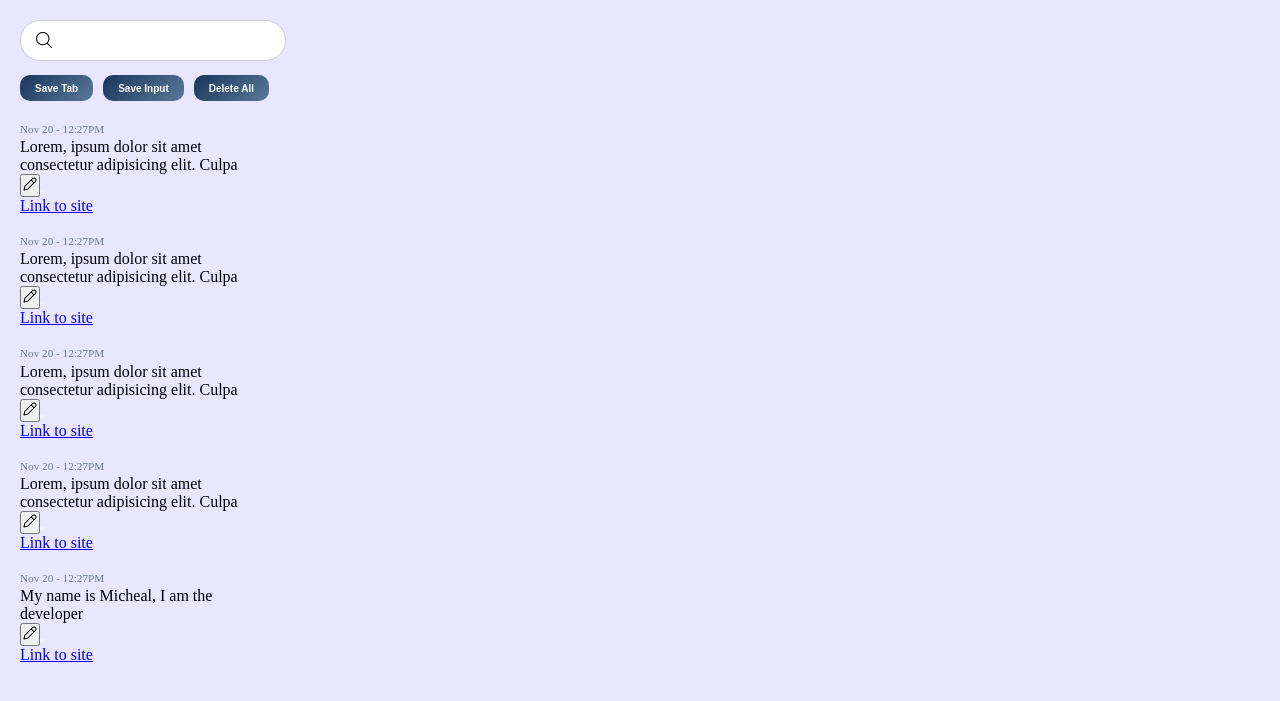
Repository: IdowuMicheal-1/Text-Tab-Organizer
Page: popup.html
These files come from the project's save history. The page is drawn as it stood at one moment and after a run of saves; the edit follows.
The browser window is 1280 px wide. The pictures show the whole page.

Above is the page before, as saved 2025-05-14 20:50:23.

### popup.html
<!DOCTYPE html>
<html lang="en">
  <head>
    <meta charset="UTF-8" />
    <meta name="viewport" content="width=device-width, initial-scale=1.0" />
    <link rel="stylesheet" href="./popup.css" />
    <title>Tabs</title>
  </head>
  <body>
    <div class="top-div">
      <div class="input-div">
        <input type="text" class="text-ipt" />
        <img src="./assets/search.png" class="search-icon" />
      </div>
      <div>
        <div class="btn-div">
          <button class="tabs-btn">Save Tab</button>
          <button class="tabs-btn">Save Input</button>
          <button class="tabs-btn">Delete All</button>
        </div>
      </div>
      <ul id="content-list"></ul>
    </div>
    <script src="./popup.js"></script>
  </body>
</html>

### popup.css
*,
::before,
::after {
  margin: 0;
  padding: 0;
}

body {
  width: 300px;
  height: 100px;
  min-height: 100px;
  background-color: #e9e6ff;
}

*::-webkit-scrollbar {
  display: none;
}

* {
  -ms-overflow-style: none;
  scrollbar-width: none;
}

.top-div {
  width: 100%;
  padding: 20px;
}

.input-div {
  position: relative;
  width: 100%;
}

.search-icon {
  position: absolute;
  top: 12px;
  left: 16px;
  width: 16px;
  height: 16px;
  color: #cecece;
  filter: brightness(20%);
}

.text-ipt {
  width: 220px;
  border-radius: 24px;
  padding: 12px 8px;
  border: 1px solid #cecece;
  padding-left: 36px;
  color: #303030;
}
.save {
  font-size: 14px;
  font-weight: 500;
  color: #13294d;
  margin: 0;
}

.btn-div {
  display: flex;
  align-items: center;
  gap: 10px;
  margin-top: 16px;
}

.tabs-btn {
  background: linear-gradient(
    135deg,
    #13294d,
    #4f6d92
  ); /* Choose the one you prefer */
  color: white;
  padding: 0.75em 1.5em;
  border: none;
  border-radius: 10px;
  font-weight: 600;
  cursor: pointer;
  transition: background 0.3s ease, transform 0.2s ease;
  font-size: 10px;
  text-wrap: nowrap;
}

.tabs-btn {
  background: linear-gradient(
    135deg,
    #1a355c,
    #5a7a99
  ); /* slightly lighter on hover */
  transform: translateY(-2px);
}

.content-card {
  background: white;
  border-radius: 12px;
  padding: 1.5rem;
  box-shadow: 0 4px 12px rgba(0, 0, 0, 0.06);
  max-width: 600px;
  margin: 1rem auto;
  color: #13294d;
  font-family: "Segoe UI", sans-serif;
  line-height: 1.6;
}

.div-content {
  margin-top: 20px;
  list-style: none;
}

.date-read {
  font-size: 0.7rem;
  color: #6b7a90;
  margin-bottom: 0;
  font-weight: 500;
}

.content-text {
  margin-bottom: 0rem;
  text-wrap: wrap;
  width: 250px;
  margin-top: 0.2rem;
}

.content-card > a {
  color: #1a4fff;
  text-decoration: none;
  font-weight: 500;
}

.content-card > a:hover {
  text-decoration: underline;
}

#content-list {
  padding-left: 0px;
}

.edit-btn{
    width:16px;
    height: 16px;
}

### popup.js
const listContent = document.getElementById("content-list");

const ITEMS = [
    {
        "date":"Nov 20 - 12:27PM",
        "content":"Lorem, ipsum dolor sit amet consectetur adipisicing elit. Culpa",
        "link":"#"
    },
    {
        "date":"Nov 20 - 12:27PM",
        "content":"Lorem, ipsum dolor sit amet consectetur adipisicing elit. Culpa",
        "link":"#"
    },
    {
        "date":"Nov 20 - 12:27PM",
        "content":"Lorem, ipsum dolor sit amet consectetur adipisicing elit. Culpa",
        "link":"#"
    },
    {
        "date":"Nov 20 - 12:27PM",
        "content":"Lorem, ipsum dolor sit amet consectetur adipisicing elit. Culpa",
        "link":"#"
    },
    {
        "date":"Nov 20 - 12:27PM",
        "content":"My name is Micheal, I am the developer",
        "link":"#"
    }
]

// const items = Array.from({ length: 5 });
ITEMS.map((items, index) => {
  const li = document.createElement("li");
  li.className = "div-content";
  li.innerHTML = `

          <div class="date-read">${items.date}</div>
          <div c>
          <p class="content-text">
            ${items.content}
          </p>
            <button><img src= "./assets/edit.png" class="edit-btn"><button>
          </div>
          <p><a href="${items.link}">Link to site</a></p>

       `;


    listContent.appendChild(li);
});

const editHandler = () => {
    console.log("Hello")
}

const text = ` hello how are you ${name}`

After the next 2 saves:
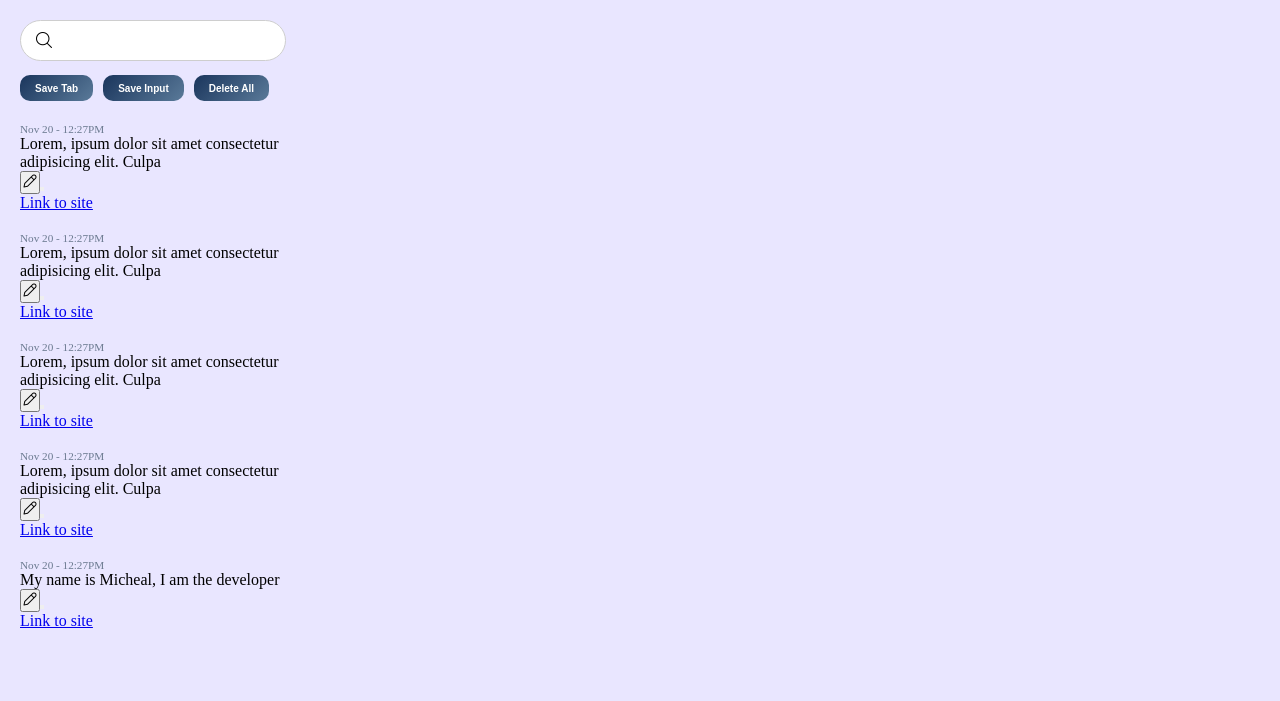
The 2 saves are shown as one change because they came seconds apart.
The last was saved 7 s later.
--- a/popup.js
+++ b/popup.js
@@ -35,7 +35,7 @@
   li.innerHTML = `
 
           <div class="date-read">${items.date}</div>
-          <div c>
+          <div class=">
           <p class="content-text">
             ${items.content}
           </p>

After the save that followed:
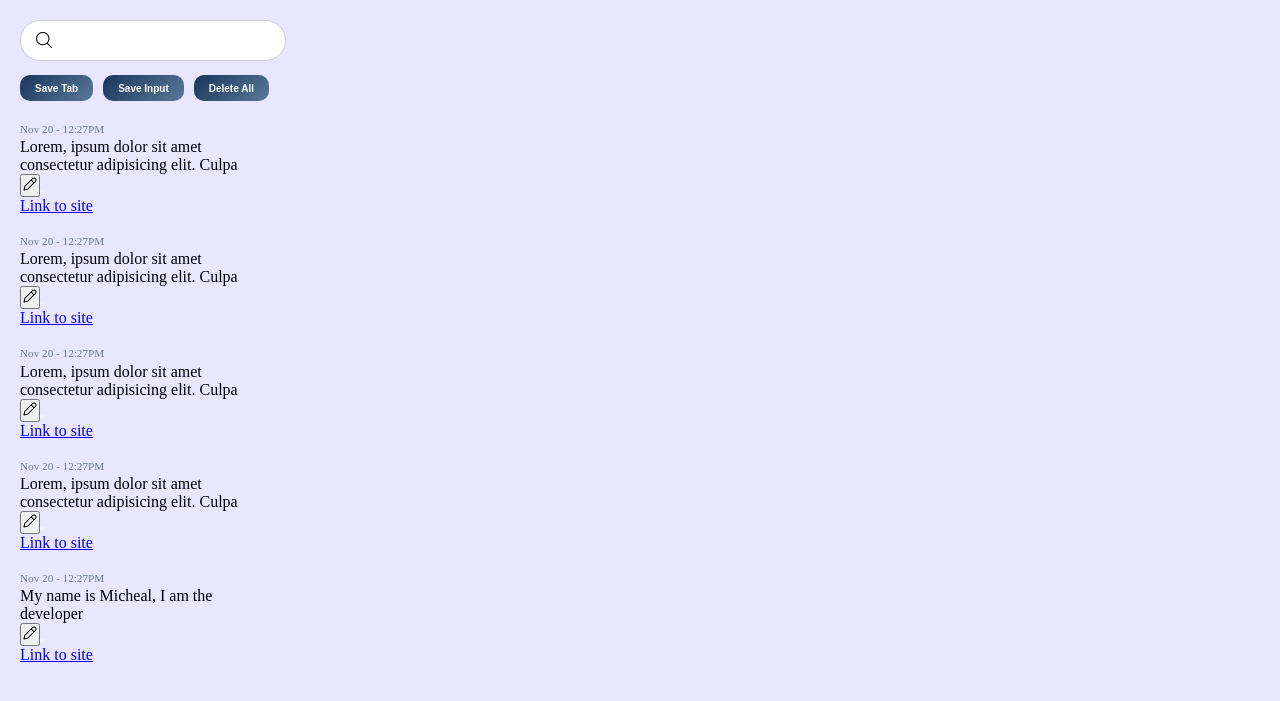
Saved 7 s later.
--- a/popup.js
+++ b/popup.js
@@ -35,7 +35,7 @@
   li.innerHTML = `
 
           <div class="date-read">${items.date}</div>
-          <div class=">
+          <div class="">
           <p class="content-text">
             ${items.content}
           </p>
